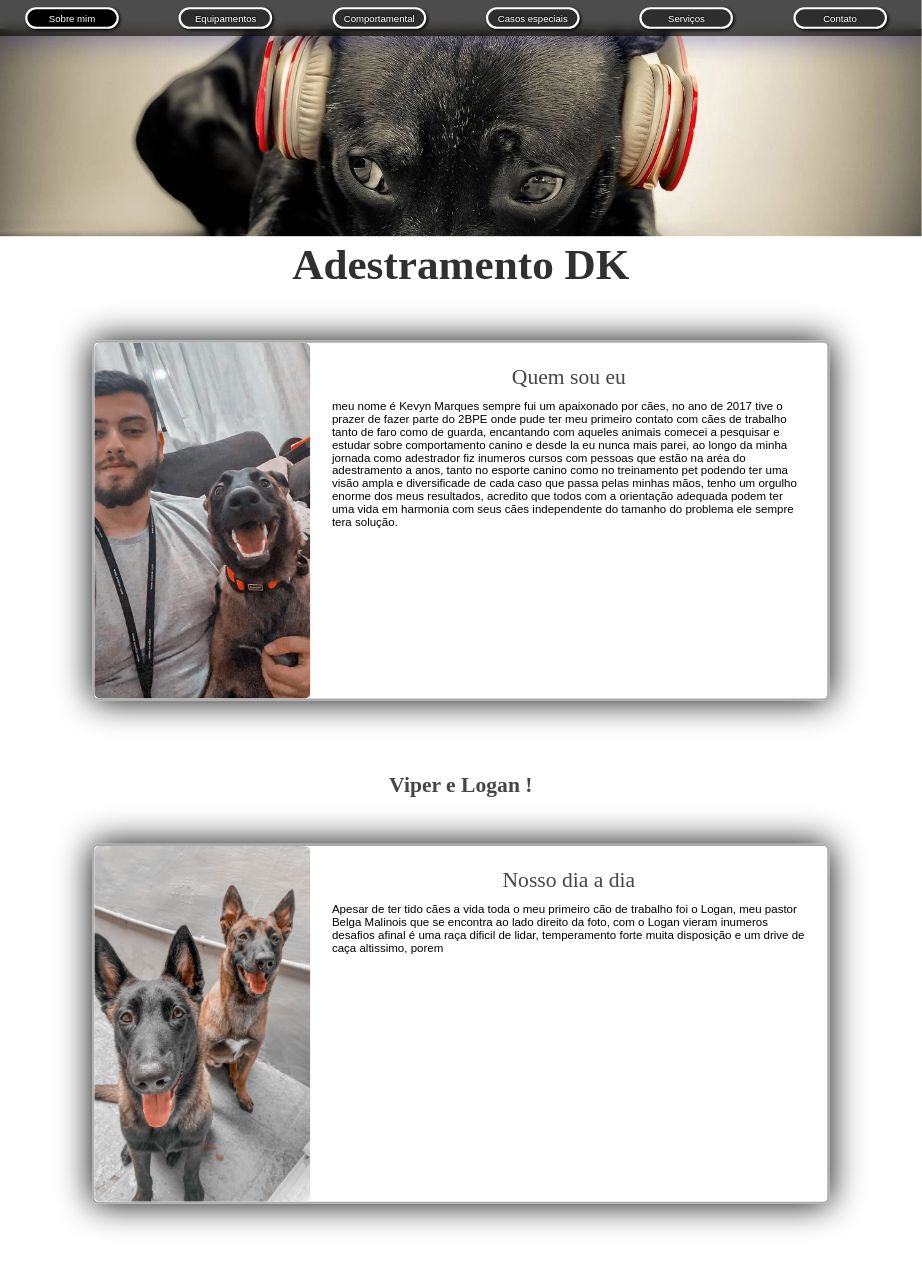
Repository: KevynMarques/Blog-React-StyledComponent
Page: /
These files come from the project's save history. The page is drawn as it stood at one moment and after the next save; the edit follows.
The browser window is 1280 px wide. The pictures show the whole page, at 72% of full size.
The project was rebuilt for these pictures with package versions that can differ from the ones it lists, and the page was loaded fresh each time. Also part of the build but not shown: src/Components/Equipamentos/index.jsx, src/Components/Comportamental/index.jsx, src/Components/Clientes/index.jsx, src/Components/Serviços/index.jsx, src/Components/Contato/index.jsx.

Above is the page before, as saved 2022-02-21 13:43:47.

### public/index.html
<!DOCTYPE html>
<html lang="pt-BR">
  <head>
    <meta charset="utf-8" />
    <link rel="icon" href="%PUBLIC_URL%/favicon.ico" />
    <meta name="viewport" content="width=device-width, initial-scale=1" />
    <meta name="theme-color" content="#000000" />
    <meta
      name="description"
      content="Web site created using create-react-app"
    />
    <link rel="apple-touch-icon" href="%PUBLIC_URL%/logo192.png" />
    <!--
      manifest.json provides metadata used when your web app is installed on a
      user's mobile device or desktop. See https://developers.google.com/web/fundamentals/web-app-manifest/
    -->
    <!--
      Notice the use of %PUBLIC_URL% in the tags above.
      It will be replaced with the URL of the `public` folder during the build.
      Only files inside the `public` folder can be referenced from the HTML.

      Unlike "/favicon.ico" or "favicon.ico", "%PUBLIC_URL%/favicon.ico" will
      work correctly both with client-side routing and a non-root public URL.
      Learn how to configure a non-root public URL by running `npm run build`.
    -->
    <title>Adestramento DK</title>
  </head>
  <body>
    <noscript>You need to enable JavaScript to run this app.</noscript>
    <div id="root"></div>
    <!--
      This HTML file is a template.
      If you open it directly in the browser, you will see an empty page.

      You can add webfonts, meta tags, or analytics to this file.
      The build step will place the bundled scripts into the <body> tag.

      To begin the development, run `npm start` or `yarn start`.
      To create a production bundle, use `npm run build` or `yarn build`.
    -->
  </body>
</html>

### src/App.jsx
import Home from './Pages/Home';
import Sobre from './Components/Sobre/index';
import { useState, useEffect } from 'react';
import { GlobalStyle } from './GlobalStyle';
import Geral from './Components/Geral/index';


function App() {

  const [geral, setGeral]=useState(<Sobre />);

  return (
    <>
    <Home setGeral={setGeral} geral={geral}  />
    <Geral geral={geral} />
    <GlobalStyle/>
   </>
  );
}

export default App;

### src/Pages/Home/index.jsx
import React, {useState} from "react"
import {  Home, Equip, Comportamental, MeusCaes, Serviços, Contato } from "../../Components/Buttons/Style"
import Equipamentos from "../../Components/Equipamentos/index"
import Sobre from '../../Components/Sobre/index'
import Comport  from '../../Components/Comportamental/index'
import Clientes from '../../Components/Clientes/index'
import Serv from "../../Components/Serviços"
import Cont from '../../Components/Contato/index'
import { ContainerHeader } from "../../Components/Containers/style"




export default (props) => {

  const [ativo, setAtivo] = useState(false)
  const [ativoEquip, setAtivoEquip] = useState(true)
  const [ativoComp, setComp] = useState(true)
  const [Casos, setCasos] = useState(true)
  const [serviços, setServiços] = useState(true)
  const [contato, setContato] = useState(true)


  return (
   <>
    <ContainerHeader>


       <Home
         setAtivo={setAtivo}
         ativo={ativo}
         onClick={()=>(props.setGeral(<Sobre />),
         setAtivo(false),
         setAtivoEquip(true),
         setComp(true),
         setCasos(true),
         setServiços(true)
         )}>
         <p>Sobre mim</p>
      </Home>



       <Equip
        ativoEquip={ativoEquip}
        setAtivoEquip={setAtivoEquip}
        onClick={()=>(props.setGeral(<Equipamentos />),
        setAtivo(true),
        setAtivoEquip(false),
        setComp(true),
        setCasos(true),
        setServiços(true)
        )}>
        <p>Equipamentos</p>
       </Equip>

       <Comportamental
          onClick={() =>(props.setGeral(<Comport />),
          setAtivo(true),
          setAtivoEquip(true),
          setComp(false),
          setCasos(true),
          setServiços(true))}

          setComp={setComp}
          ativoComp={ativoComp}>

         <p>Comportamental</p>
       </Comportamental>

       <MeusCaes
          onClick={() =>(props.setGeral(<Clientes />),
          setAtivo(true),
          setAtivoEquip(true),
          setComp(true),
          setCasos(false),
          setServiços(true))}
          setCasos={setCasos}
          Casos={Casos}>
         <p>Casos especiais</p>
       </MeusCaes>

       <Serviços onClick={() =>(props.setGeral(<Serv />),
        setAtivo(true),
        setAtivoEquip(true),
        setComp(true),
        setCasos(true),
        setServiços(false))}
        setServiços={setServiços}
        serviços={serviços}>
         <p>Serviços</p>
       </Serviços>

       <Contato onClick={() =>(props.setGeral(<Cont />),
        setAtivo(true),
        setAtivoEquip(true),
        setComp(true),
        setCasos(true),
        setServiços(true),
        setContato(false)
       )}
          setContato={setContato}
          contato={contato}>
         <p>Contato</p>
      </Contato>

    </ContainerHeader>
    </>
  );
}

### src/Components/Sobre/index.jsx
import Foto from '../Image/foto.png'
import LV from '../Image/LV.jpg';
import Dog from '../Image/Dog.png'
import { Tittle } from "../Textos&Titles/style";
import { ContainerBaner, ContainerBox, ContainerIMG } from "../Containers/style";
import { Info } from "../Textos&Titles/style";
import { SubTitle } from '../Textos&Titles/style';
import { TitleInfo } from '../Textos&Titles/style';


export default () => {
  return (
<>
     <ContainerBaner>
      <img src={Dog} />
     </ContainerBaner>

   <Tittle>
          Adestramento DK
  </Tittle>


  <ContainerBox>
       <ContainerIMG>
        <img src={Foto} />
       </ContainerIMG>
       <Info>
       <TitleInfo>Quem sou eu</TitleInfo>
       meu nome é Kevyn Marques sempre fui um apaixonado por cães, no ano de 2017 tive o prazer
       de fazer parte do 2BPE  onde pude ter  meu primeiro contato com cães de trabalho tanto de faro como de guarda, encantando com aqueles animais comecei a pesquisar e estudar sobre comportamento canino  e desde la eu nunca mais parei, ao longo da minha jornada como adestrador fiz inumeros cursos com pessoas que estão na aréa do adestramento a anos, tanto no esporte canino como no treinamento pet podendo ter uma visão ampla e diversificade de cada caso que passa pelas minhas mãos, tenho um orgulho enorme dos meus resultados, acredito que todos com a orientação adequada podem ter uma vida em harmonia com seus cães independente do tamanho do problema ele sempre tera solução.
       </Info>
       </ContainerBox>

  <SubTitle>  Viper e Logan !
  </SubTitle>


    <ContainerBox>

       <ContainerIMG>
        <img src={LV} />
       </ContainerIMG>
       <Info>
       <TitleInfo>Nosso dia a dia</TitleInfo>
       Apesar de ter tido cães a vida toda o meu primeiro cão de trabalho foi o Logan, meu pastor Belga Malinois que se encontra ao lado direito da foto, com o Logan vieram inumeros desafios afinal é uma raça dificil de lidar, temperamento forte muita disposição e um drive de caça altissimo, porem
       </Info>
      </ContainerBox>
</>

  );
}

### src/GlobalStyle.jsx
import { createGlobalStyle } from 'styled-components';

 export const GlobalStyle = createGlobalStyle`
  * {
    margin: 0;
    padding: 0;
    box-sizing: border-box;

  }
`;

### src/Components/Geral/index.jsx
import React from "react"

export default (props) => {

  return (

    <>
    {props.geral}
    </>

  );

}

### src/Components/Buttons/Style.jsx
import styled from "styled-components";


export const Home = styled.button `
background:${props => props.ativo ? '#2e2e2e' : '#000000'};
font-family: Arial, Helvetica, sans-serif;
font-style:normal;
color:#ffffff;
border:3px solid #ffffff;
text-shadow:0px -1px 3px #000000;
box-shadow:2px 2px 5px #000000;
box-shadow:2px 2px 5px #000000;
box-shadow:2px 2px 5px #000000;
border-radius:25px 25px 25px 25px;
border-radius:25px 25px 25px 25px;
border-radius:25px 25px 25px 25px;
width:130px;
height: 30px;

&:hover {
  background-color: black;
}

cursor:pointer;
margin:0 auto;
margin-left: 35px;

&:active {
  transform: scale(0.9);
}

`;


export const Equip = styled(Home) `

background:${props => props.ativoEquip ? '#2e2e2e' : '#000000'};

`;

export const Comportamental = styled(Home) `

background:${props => props.ativoComp ? '#2e2e2e' : '#000000'};

`;


export const MeusCaes = styled(Home) `

background:${props => props.Casos? '#2e2e2e' : '#000000'};

`;


export const Serviços = styled(Home) `

background:${props => props.serviços? '#2e2e2e' : '#000000'};

`;

export const Contato = styled(Home) `

background:#2e2e2e;

`;

### src/Components/Containers/style.jsx
import  styled  from "styled-components";



export const  ContainerHeader  = styled.div `
     width: 100vw;
     height: 50px;
     margin: 0;
     position: fixed;
     z-index: 99999;
     background: rgba( 0, 0, 0, 0.7 );
     box-shadow: 0 8px 32px 0 rgba( 31, 38, 135, 0.37 );
     backdrop-filter: blur( 7.5px );
     -webkit-backdrop-filter: blur( 7.5px );
     color:white;
     display: flex;
     align-items: center;
     justify-content: center;
`;



export const ContainerBaner= styled.div `
  width: 100%;
  height: 40vh;


    img {
    width: 100%;
    height: 100%;
    object-fit: cover;
    margin-top: 40px;

    }
`;


export const  ContainerBox = styled.section `
  height: 500px;
  border: solid 3px #aaaaaa;
  width: 80vw;
  margin: 100px  10%;
  border-radius: 8px;
  box-shadow: 0 0 3em Black;
  display: flex;
  `;


export const ContainerIMG = styled.div `

    min-width:300px;
    height:494px;

  img {
    object-fit: cover;
    width: 100%;
    height: 100%;
    border-radius: 8px;
  }

`;

### src/Components/Textos&Titles/style.jsx
import styled from 'styled-components'



export const Tittle = styled.h1`
@import url('https://fonts.googleapis.com/css2?family=Bangers&display=swap');
color: #312f2f;
font-size: 60px;
font-family: 'Bangers', cursive;
text-align: center;
height: 40px;
margin-top: 45px;
`;


export const Info = styled.p`
 margin: 30px;
 font-family: Arial, Helvetica, sans-serif;
`;


export const SubTitle = styled.h2 `
 text-align: center;
 font-size: 30px;
 margin-top: 60px;
 font-family: Arial, Helvetica, sans-serif;
 color: #464646;
 margin-bottom: -35px;
 font-family: 'Bangers', cursive;
`;


export const TitleInfo = styled.div `
 text-align: center;
 font-size: 30px;
 font-family: Arial, Helvetica, sans-serif;
 color: #464646;
 font-family: 'Bangers', cursive;
 margin-bottom: 15px;
`;

Loaded but not shown: src/index.js (common file)

After the next save:
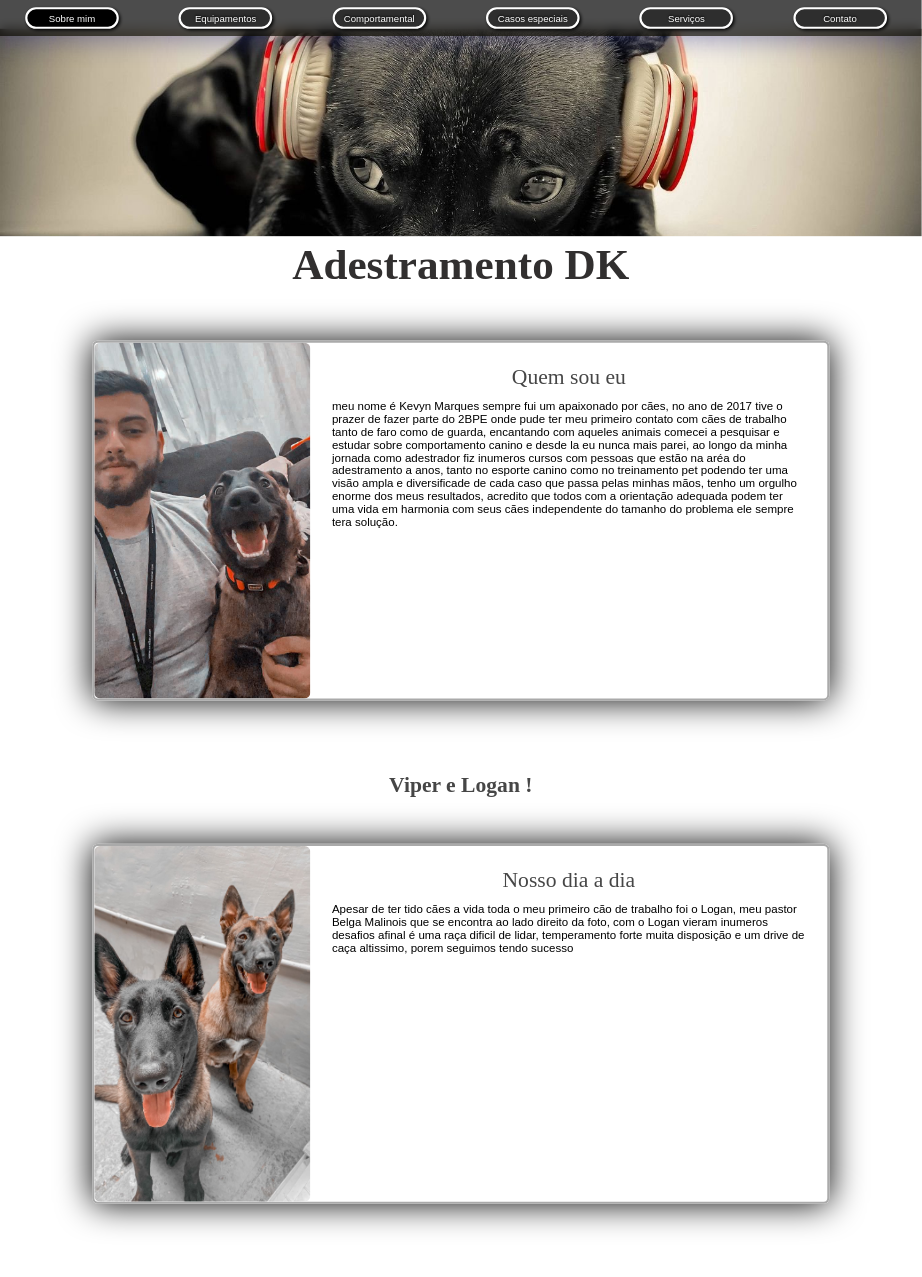
Saved 10 s later.
--- a/src/Components/Sobre/index.jsx
+++ b/src/Components/Sobre/index.jsx
@@ -42,7 +42,7 @@
        </ContainerIMG>
        <Info>
        <TitleInfo>Nosso dia a dia</TitleInfo>
-       Apesar de ter tido cães a vida toda o meu primeiro cão de trabalho foi o Logan, meu pastor Belga Malinois que se encontra ao lado direito da foto, com o Logan vieram inumeros desafios afinal é uma raça dificil de lidar, temperamento forte muita disposição e um drive de caça altissimo, porem
+       Apesar de ter tido cães a vida toda o meu primeiro cão de trabalho foi o Logan, meu pastor Belga Malinois que se encontra ao lado direito da foto, com o Logan vieram inumeros desafios afinal é uma raça dificil de lidar, temperamento forte muita disposição e um drive de caça altissimo, porem seguimos tendo sucesso
        </Info>
       </ContainerBox>
 </>
